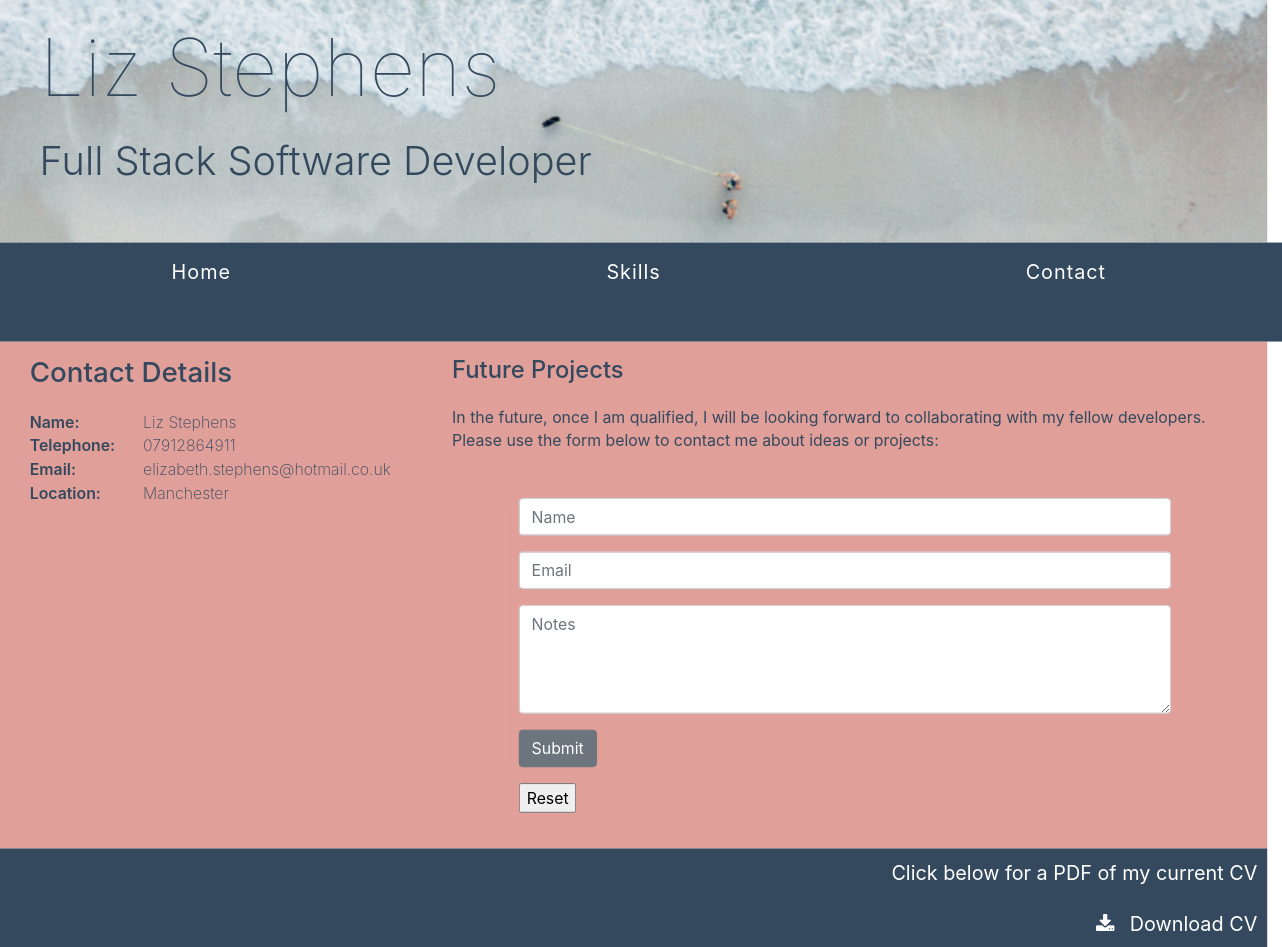
Repository: Liz94688/portfolio-site
Page: contact.html
The author's editor kept a record of every edit. The page is drawn from the files as they stood at one moment, then again after the next edit.
The browser window is 1280 px wide. The page is 1295 px wide, so the pictures cover 1295 px, including what lies to the right of the window. The pictures show the whole page, at 99% of full size.

Above is the page before.

After the next edit:
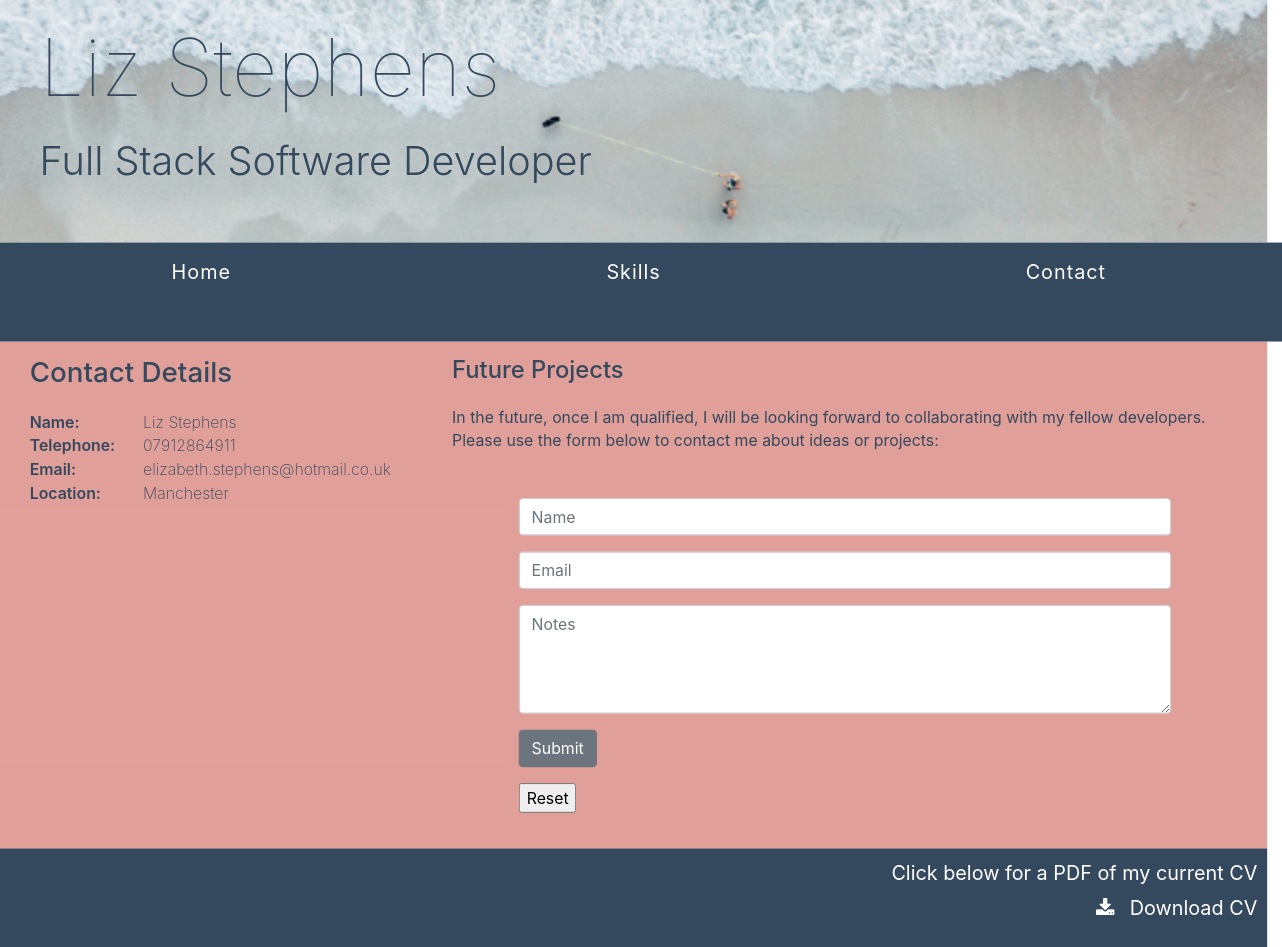
The edit:
--- a/assets/css/style.css
+++ b/assets/css/style.css
@@ -320,6 +320,10 @@
 .footer-nav-item a i {
     font-size: 20px;
     padding: 10px;
+}
+
+.footer-nav-item p {
+    margin: 0;
 }
 
 /*------------------------------Media Queries*/
